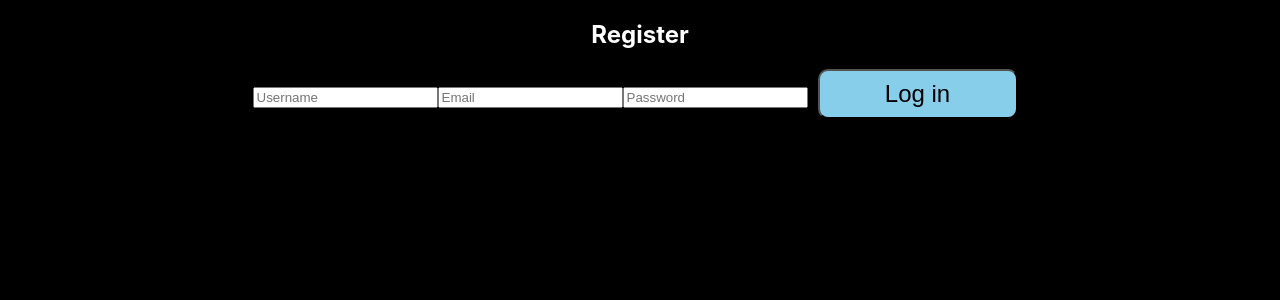
Repository: abhaysharma20233009/swiftKey
Page: /login (app in frontend/my-app/)
An editor plug-in stored every save of this project. The page is shown before and after the next save, followed by the edit.
The browser window is 1280 px wide. The pictures show the whole page.
The project was rebuilt for these pictures with package versions that can differ from the ones it lists, and the page was loaded fresh each time. Also part of the build but not shown: frontend/my-app/src/Swifts.js, frontend/my-app/src/Results.js.

Above is the page before, as saved 2024-10-10 15:47:24.

### frontend/my-app/src/App.js
//App.js

import './App.css';
import React from 'react';
import { BrowserRouter as Router, Route, Routes } from 'react-router-dom';
import Swift from './Swifts';
import Results from './Results';
import Login from './Login';
const App = () => {
    return (
        <Router>
			<div className="App">
            <Routes>
                <Route path="/" element={<Swift />} />
                <Route path="/results" element={<Results />} />
                <Route path="/login" element={<Login />} />
            </Routes>
			</div>
        </Router>
    );
};

export default App;

### frontend/my-app/src/App.css
.App {
  text-align: center;
  color:white;
}

body{
  background-color:black;
}

.log{
  color:black;
  margin-left: 10px;
  margin-right: 10px;
  background-color: skyblue;
  border-radius: 10px;
  height:50px;
  width:200px;
  justify-self: end;
  font-size: x-large;
}



.para{
  width:10%;
}


.lo{
  text-align: center;
}

### frontend/my-app/src/Login.js
// Register.js
import React, { useState } from 'react';
import { useNavigate } from 'react-router-dom';
const Login = () => {
    const [username, setUsername] = useState('');
    const [email, setEmail] = useState('');
    const [password, setPassword] = useState('');

    const navigate = useNavigate();
    const fetchUser = async () => {
        try {
            await fetch('http://localhost:7000/login');

        } catch (error) {
            console.error('Error fetching messages:', error);
        }
    };

    const log = async () => {
        try {
            navigate('/', { state: { username } });
            const response = await fetch('http://localhost:7000/login', {
                method: 'POST',
                headers: {
                    'Content-Type': 'application/json',
                },
                body: JSON.stringify({ userName: username, email, password }),
            });

            if (!response.ok) {
                const errorData = await response.json();
                alert(errorData.message || errorData.error);
                return;
            }

            // Reset fields
            setUsername('');
            setPassword('');

            // Navigate to Swifts with username

            await fetchUser();

        } catch (error) {
            console.error('Error login:', error);
        }
    }


    return (
        <div>
            <h2>Register</h2>
            <form>
                <input
                    type="text"
                    placeholder="Username"
                    value={username}
                    onChange={(e) => setUsername(e.target.value)}
                    required
                />
                <input
                    type="email"
                    placeholder="Email"
                    value={email}
                    onChange={(e) => setEmail(e.target.value)}
                    required
                />
                <input
                    type="password"
                    placeholder="Password"
                    value={password}
                    onChange={(e) => setPassword(e.target.value)}
                    required
                />
                <button className="log" onClick={log}>Log in</button>
            </form>
        </div>
    );
};

export default Login;

Loaded but not shown: frontend/my-app/public/index.html (common file); frontend/my-app/src/index.js (common file); frontend/my-app/src/index.css (common file); frontend/my-app/src/reportWebVitals.js (common file)

After the next save:
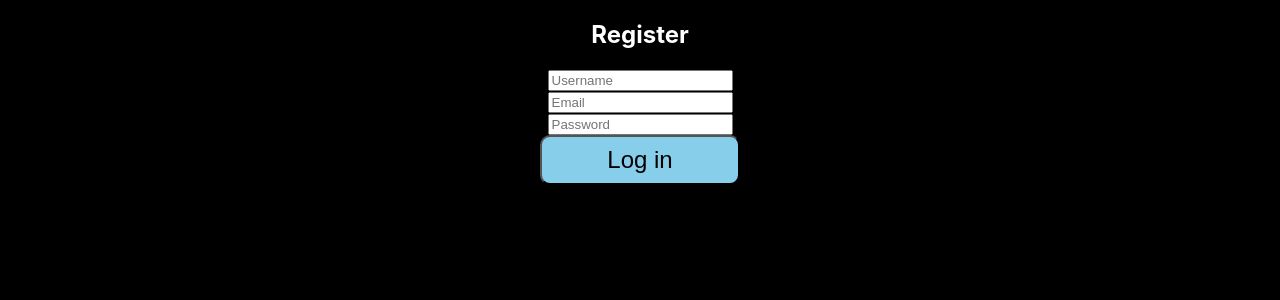
Saved 44 s later.
--- a/frontend/my-app/src/Login.js
+++ b/frontend/my-app/src/Login.js
@@ -58,6 +58,7 @@ const Login = () => {
                     onChange={(e) => setUsername(e.target.value)}
                     required
                 />
+                <br/>
                 <input
                     type="email"
                     placeholder="Email"
@@ -65,6 +66,7 @@ const Login = () => {
                     onChange={(e) => setEmail(e.target.value)}
                     required
                 />
+                <br/>
                 <input
                     type="password"
                     placeholder="Password"
@@ -72,6 +74,7 @@ const Login = () => {
                     onChange={(e) => setPassword(e.target.value)}
                     required
                 />
+                <br/>
                 <button className="log" onClick={log}>Log in</button>
             </form>
         </div>
